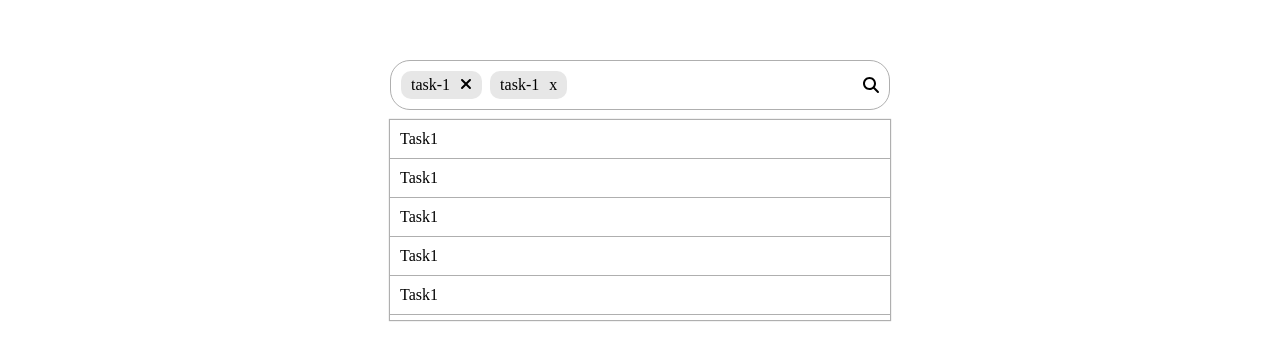
Repository: OkazakiTruong/selectOption
Page: /
These files come from the project's save history. The page is drawn as it stood at one moment and after the next save; the edit follows.
The browser window is 1280 px wide. The pictures show the whole page.
The project was rebuilt for these pictures with package versions that can differ from the ones it lists, and the page was loaded fresh each time. Also part of the build but not shown: vite.config.js.

Above is the page before, as saved 2024-01-17 22:17:45.

After the next save:
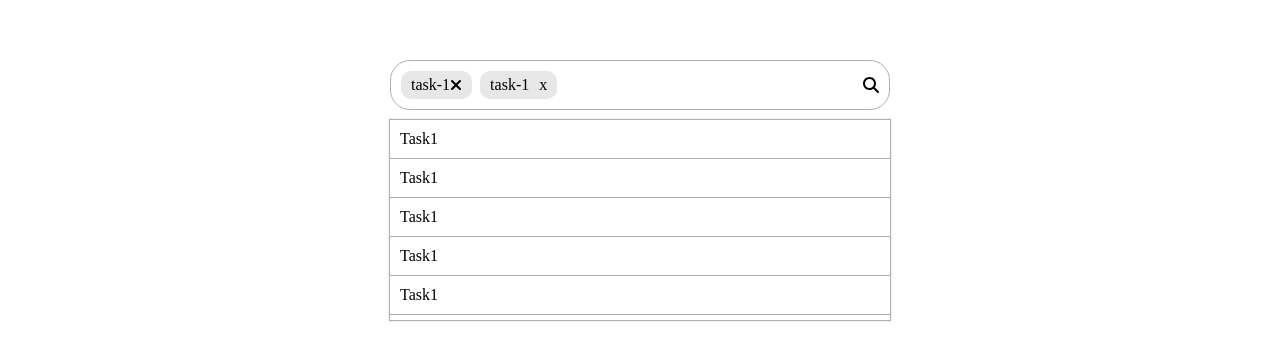
Saved 26 s later.
--- a/src/SelectBox/SelectBox.jsx
+++ b/src/SelectBox/SelectBox.jsx
@@ -22,9 +22,7 @@ export const SelectBox = () => {
       <div className="select-input" ref={selectInputRef} onClick={handleClick}>
         <div className="select-item">
           <span>task-1</span>
-          <span className="btn-delete">
-            <FontAwesomeIcon icon={faXmark} className="close-icon" />
-          </span>
+          <FontAwesomeIcon icon={faXmark} className="close-icon" />
         </div>
         <div className="select-item">
           <span>task-1</span>
